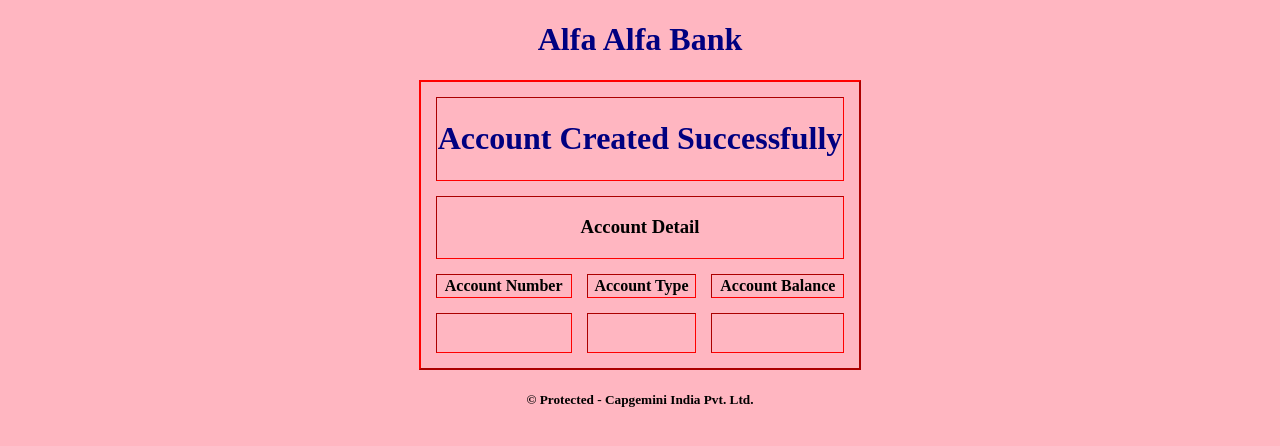
Repository: Rccalfa123/OnlineBankingApp
Page: http://localhost/AlfaAlfaBankApp/addNewSuccess.jsp
These files come from the project's save history. The page is drawn as it stood at one moment and after the next save; the edit follows.
The browser window is 1280 px wide. The pictures show the whole page.
The page is served by Tomcat 9. Other server files are loaded and not shown.

Above is the page before, as saved 2018-08-13 07:03:52.

### AlfaAlfaBankApp/WebContent/addNewSuccess.jsp
<%@ page language="java" contentType="text/html; charset=ISO-8859-1"
    pageEncoding="ISO-8859-1"%>
    <%@taglib prefix="alfa" uri="http://java.sun.com/jsp/jstl/core"%>

<!DOCTYPE html>
<html>
<head>
<link rel="stylesheet" type="text/css" href="mystyle.css">
<meta charset="ISO-8859-1">
<title>Insert title here</title>
</head>
<body>

<jsp:include page="header.jsp"></jsp:include>

		<form action=".app" method="get">

			<div>
				<table cellspacing="15" align="center" border="2">
					<tr>
						<th colspan="6" height="35"><h1>Account Created Successfully</h1></th>
					<tr>
						<th colspan="6" height="35"><h3>Account Detail</h3></th>
					</tr>
					<tr>
						<th height="20">Account Number</th>
						<th height="20">Account Type </th>
						<th height="20">Account Balance</th>
					</tr>
						<tr height="40">
							<td align="center">${sessionScope.createdbankAccount.accountNumber}</td>
							<td align="center">${sessionScope.createdbankAccount.accountType}</td>
							<td align="center">${sessionScope.createdbankAccount.accountBalance}</td>
						</tr>
				</table>
			</div>

		</form>
	<jsp:include page="footer.html"></jsp:include>


</body>
</html>

### AlfaAlfaBankApp/WebContent/header.jsp
<%@taglib prefix="jstl" uri="http://java.sun.com/jsp/jstl/core" %>
<div align="center">
	<h1>Alfa Alfa Bank</h1>
</div>

### AlfaAlfaBankApp/WebContent/footer.html
<div align="center">
<h5>&copy; Protected - Capgemini India Pvt. Ltd.</h5>
</div>

### AlfaAlfaBankApp/WebContent/mystyle.css
@charset "ISO-8859-1";

body {
    background-color: lightpink;
}

h1 {
    color: navy;
}

td{

 font-family: sans-serif;

}

table {
	border-color: red;
	border-right: 2px 2px 2px 2px ;
}

a{
	text-decoration: none;
	color: green;
}

After the next save:
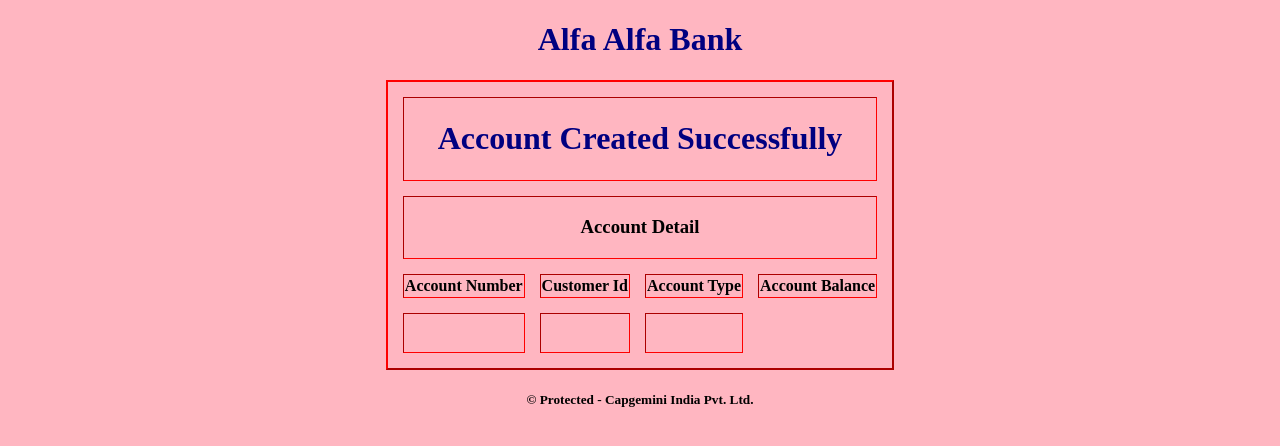
Saved 69 s later.
--- a/AlfaAlfaBankApp/WebContent/addNewSuccess.jsp
+++ b/AlfaAlfaBankApp/WebContent/addNewSuccess.jsp
@@ -24,6 +24,7 @@
 					</tr>
 					<tr>
 						<th height="20">Account Number</th>
+						<th height="20">Customer Id</th>
 						<th height="20">Account Type </th>
 						<th height="20">Account Balance</th>
 					</tr>
